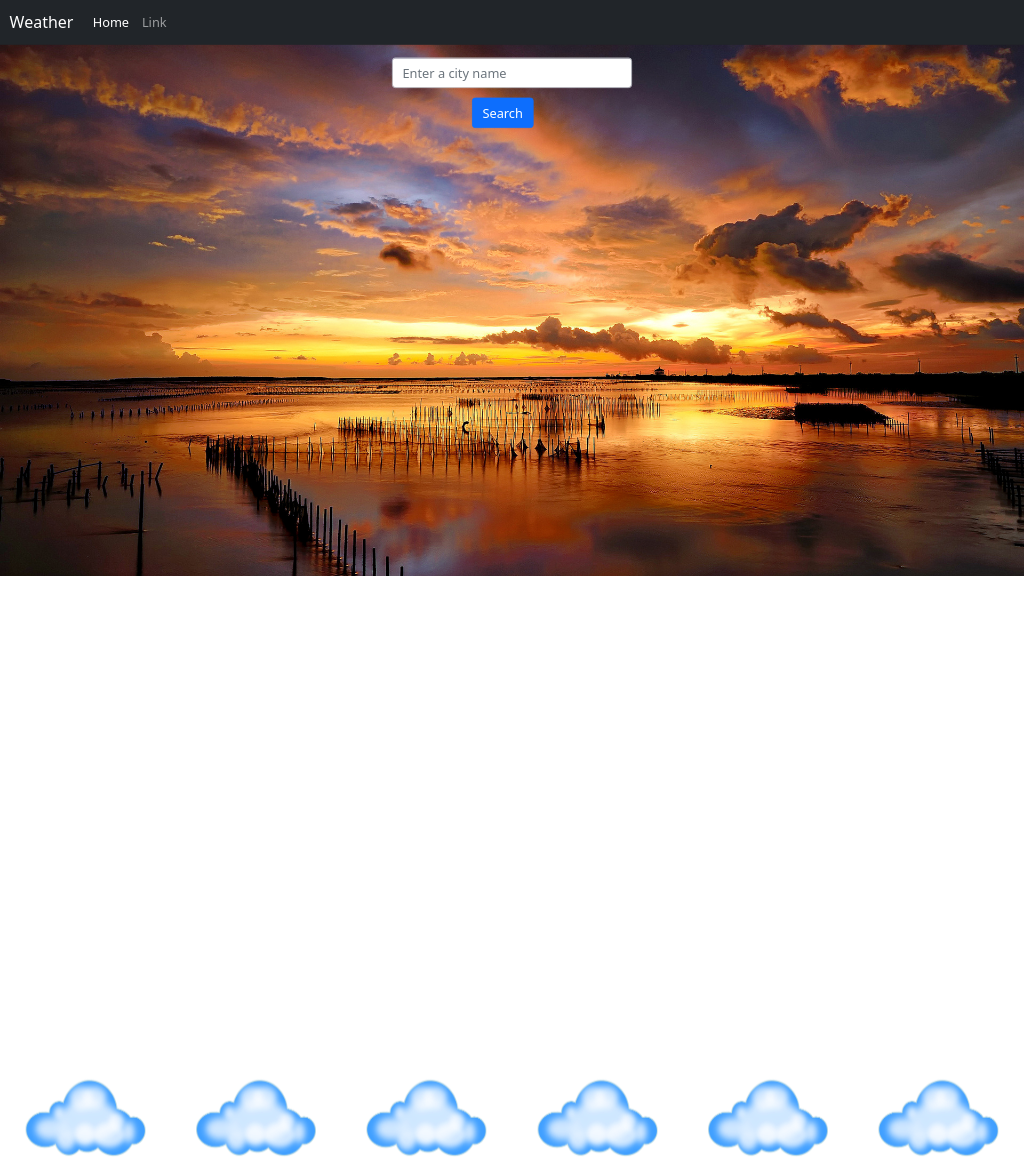
Repository: rohitbharti258/Project_Weather_finder
Page: index.html
An editor plug-in stored every save of this project. The page is shown before and after the next save, followed by the edit.
The browser window is 1280 px wide. The pictures show the whole page, at 80% of full size.

Above is the page before, as saved 2022-02-28 13:01:36.

After the next save:
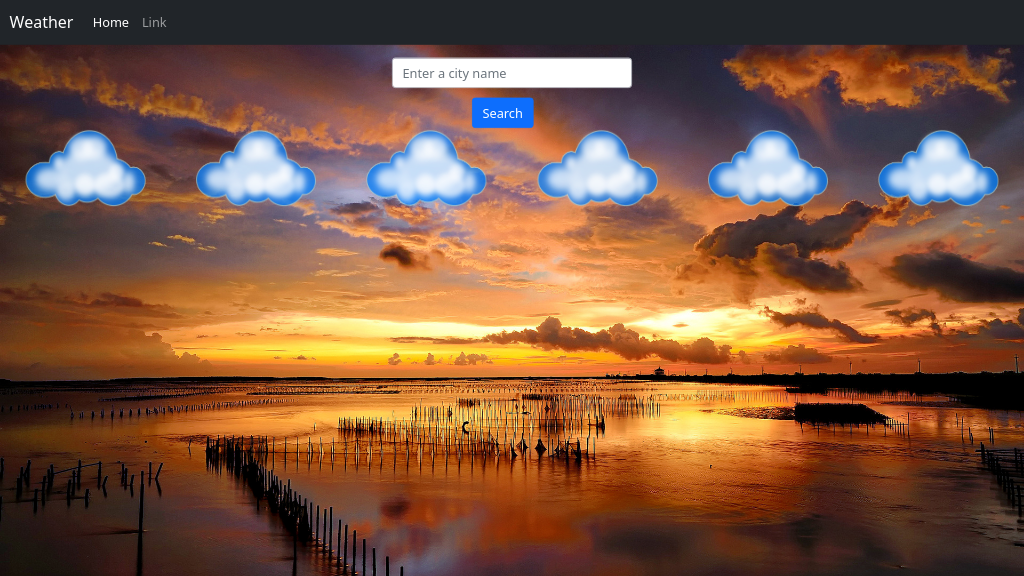
Saved 29 s later.
--- a/style.css
+++ b/style.css
@@ -17,16 +17,16 @@ body {
     justify-content: space-around;
     align-items: center;
     position: absolute;
-    bottom:-10px;
+    /* bottom:10px; */
     min-width:100%;
     animation: cloud 7s linear infinite;
 }
 @keyframes cloud {
     0%{
-        transform: translateY(10px);
+        bottom: -10px;
     }
     100%{
-        transform: translateY(1000px);
+        bottom:90%;
     }
 }
 .cloud img{
